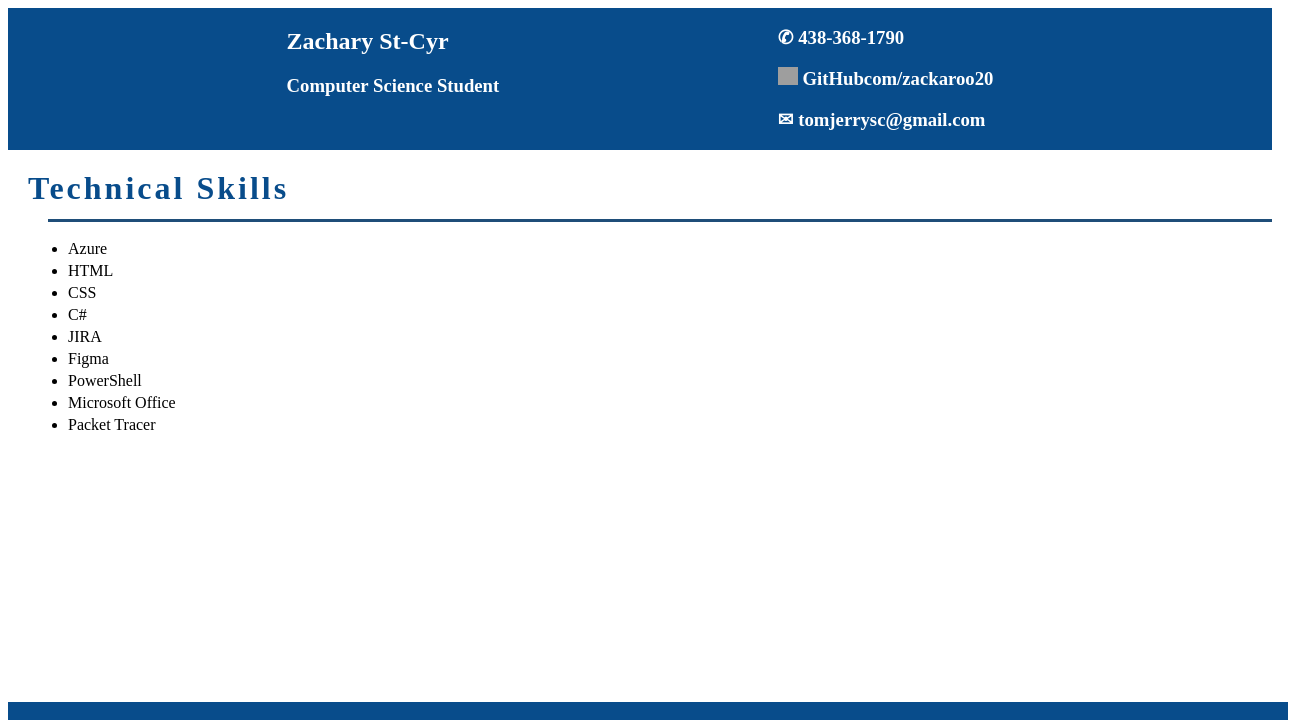
Repository: zackaroo20/Resume-CV
Page: CV.html
An editor plug-in stored every save of this project. The page is shown before and after the next save, followed by the edit.
The browser window is 1280 px wide. The page is 1292 px wide, so the pictures cover 1292 px, including what lies to the right of the window. The pictures show the whole page.
Pictures or frames that could not be fetched are drawn as grey boxes.

Above is the page before, as saved 2026-03-02 16:25:07.

After the next save:
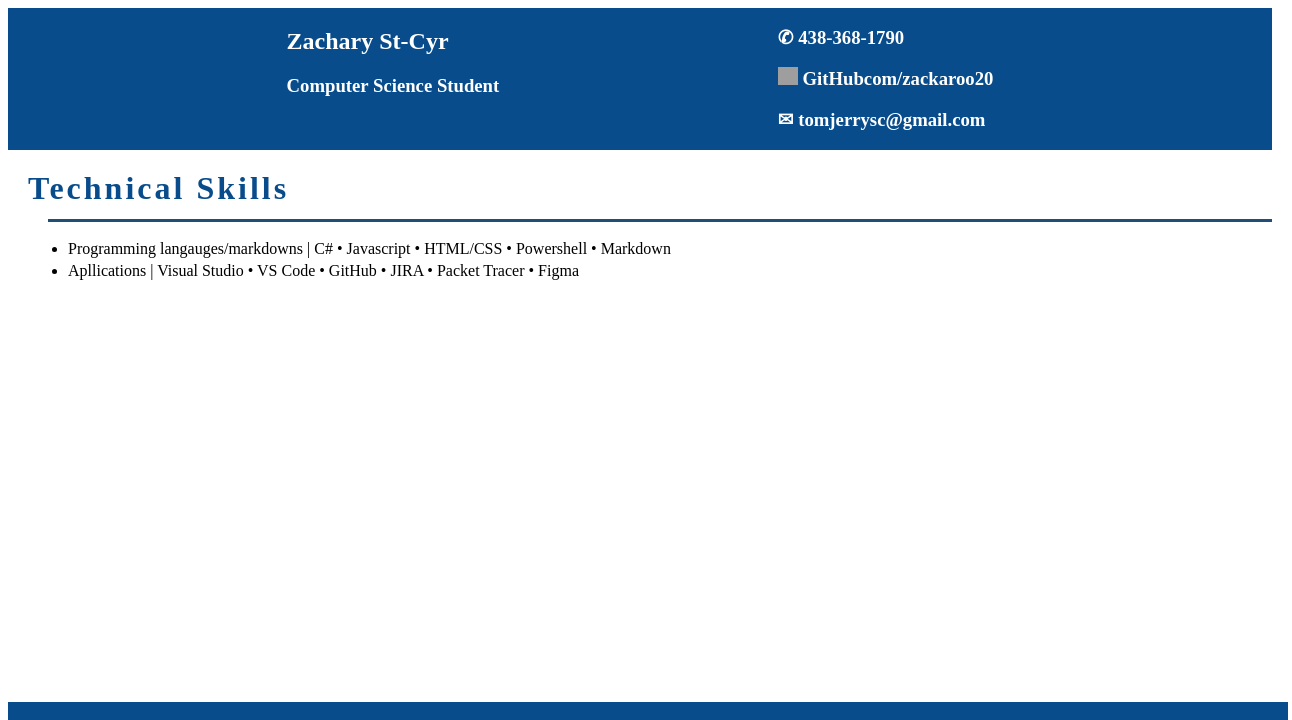
Saved 5 min 47 s later.
--- a/CV.html
+++ b/CV.html
@@ -26,15 +26,9 @@
         <h1 class = "dash">Technical Skills</h1>
         <hr class="divider">
         <ul class="skills">
-            <li>Azure</li>
-            <li>HTML</li>
-            <li>CSS</li>
-            <li>C#</li>
-            <li>JIRA</li>
-            <li>Figma</li>
-            <li>PowerShell</li>
-            <li>Microsoft Office</li>
-            <li>Packet Tracer</li>
+            <li> Programming langauges/markdowns | C# • Javascript • HTML/CSS • Powershell • Markdown</li>
+            <li>Apllications | Visual Studio • VS Code • GitHub • JIRA • Packet Tracer • Figma</li>
+            <L
         </ul>
     </div>
 
